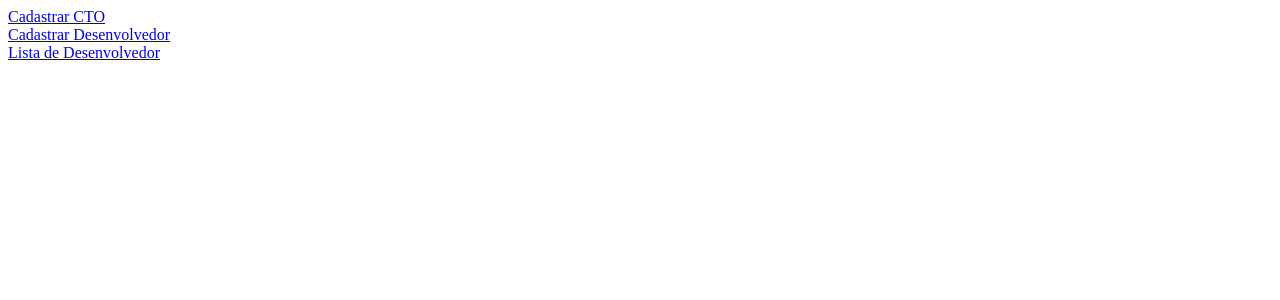
Repository: OmagnetFirel/basico-javaweb
Page: DEVManager/src/main/webapp/index.html
These files come from the project's save history. The page is drawn as it stood at one moment and after the next save; the edit follows.
The browser window is 1280 px wide. The pictures show the whole page.

Above is the page before, as saved 2023-04-23 15:07:29.

### DEVManager/src/main/webapp/index.html

<!DOCTYPE html5>
<html>
<head>
<meta charset="ISO-8859-1">
<title>TM - Home</title>
</head>
<body>
	<a href="frmcadastrarcto.jsp">Cadastrar CTO</a><br>
	<a href="ListarTodasEquipes?np=/ListarTodosGestores?np=/frmCadastrarDesenvolvedor.jsp">Cadastrar Desenvolvedor</a><br>
	<a href="ListarTodosDesenvolvedores?np=/listarDesenvolvedors.jsp">Lista de Desenvolvedor</a>
</body>
</html>

After the next save:
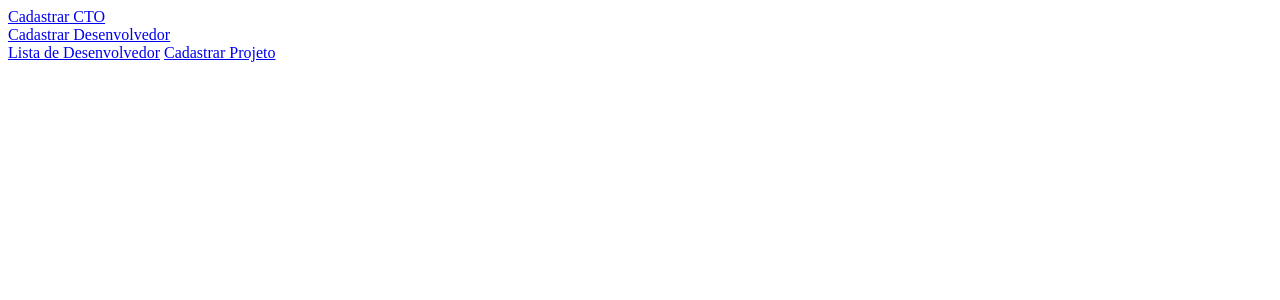
Saved 46 s later.
--- a/DEVManager/src/main/webapp/index.html
+++ b/DEVManager/src/main/webapp/index.html
@@ -9,5 +9,7 @@
 	<a href="frmcadastrarcto.jsp">Cadastrar CTO</a><br>
 	<a href="ListarTodasEquipes?np=/ListarTodosGestores?np=/frmCadastrarDesenvolvedor.jsp">Cadastrar Desenvolvedor</a><br>
 	<a href="ListarTodosDesenvolvedores?np=/listarDesenvolvedors.jsp">Lista de Desenvolvedor</a>
+	<a href="ListarTodasEquipes?np=/frmCadastrarProjeto">Cadastrar Projeto</a><br>
+
 </body>
 </html>
